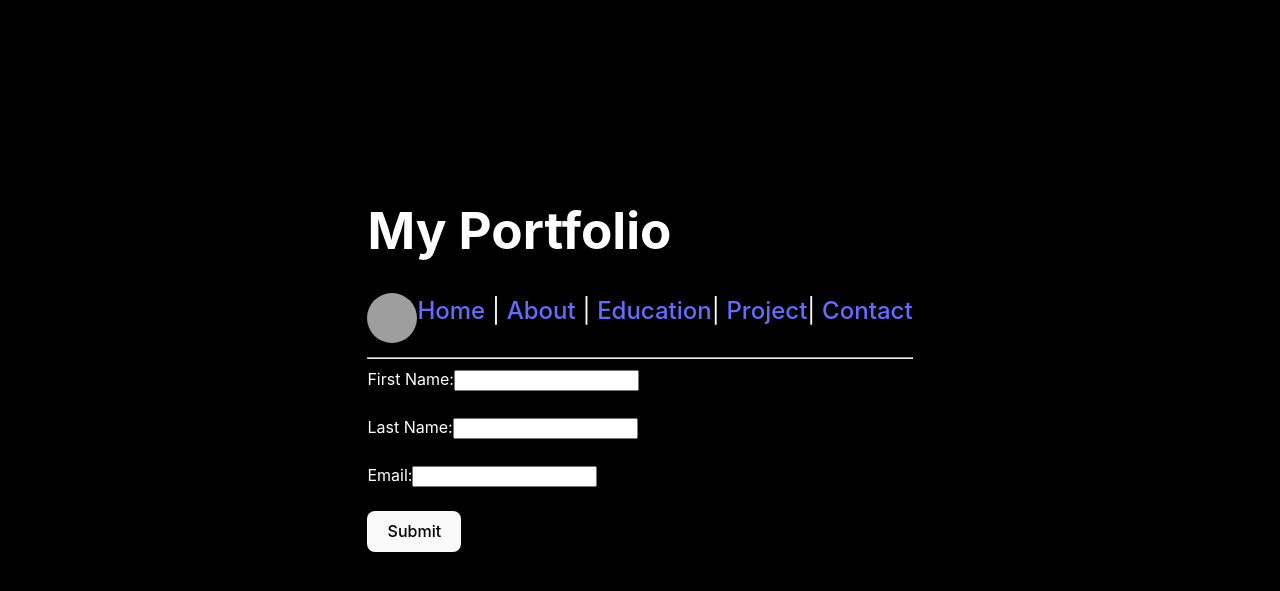
Repository: aislandmin/Personal-Portfolio-Express-MongoDB
Page: /project (app in client/)
An editor plug-in stored every save of this project. The page is shown before and after the next save, followed by the edit.
The browser window is 1280 px wide. The pictures show the whole page.
Pictures or frames that could not be fetched are drawn as grey boxes. The project was rebuilt for these pictures with package versions that can differ from the ones it lists, and the page was loaded fresh each time. Also part of the build but not shown: client/vite.config.js, client/components/Home.jsx, client/src/about.css, client/src/about.jsx, client/contact/api-contact.js, client/src/contact.jsx, client/qualification/api-qualification.js, client/src/education.jsx.

Above is the page before, as saved 2024-10-12 00:44:22.

After the next save:
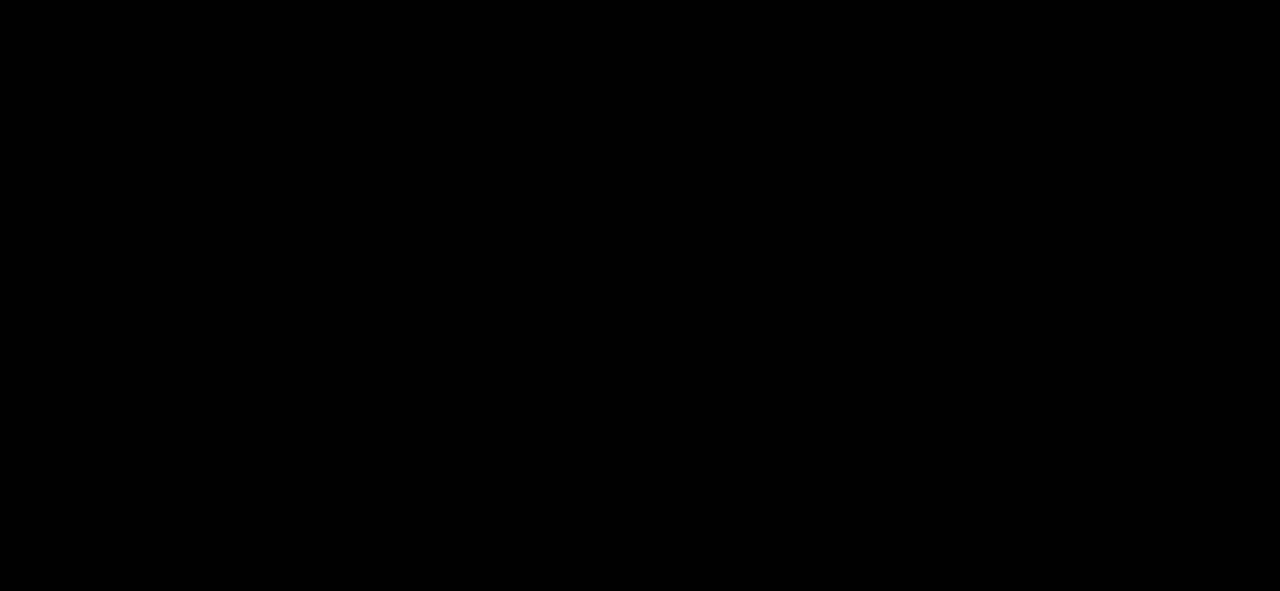
Console error: ReferenceError: description is not defined
Saved 5 s later.
--- a/client/src/project.jsx
+++ b/client/src/project.jsx
@@ -76,7 +76,7 @@
         lastname: "",
         email: "",
         completion:"",
-
+        description
         //error: "",
         //redirectToReferrer: false,
       });

After the save that followed:
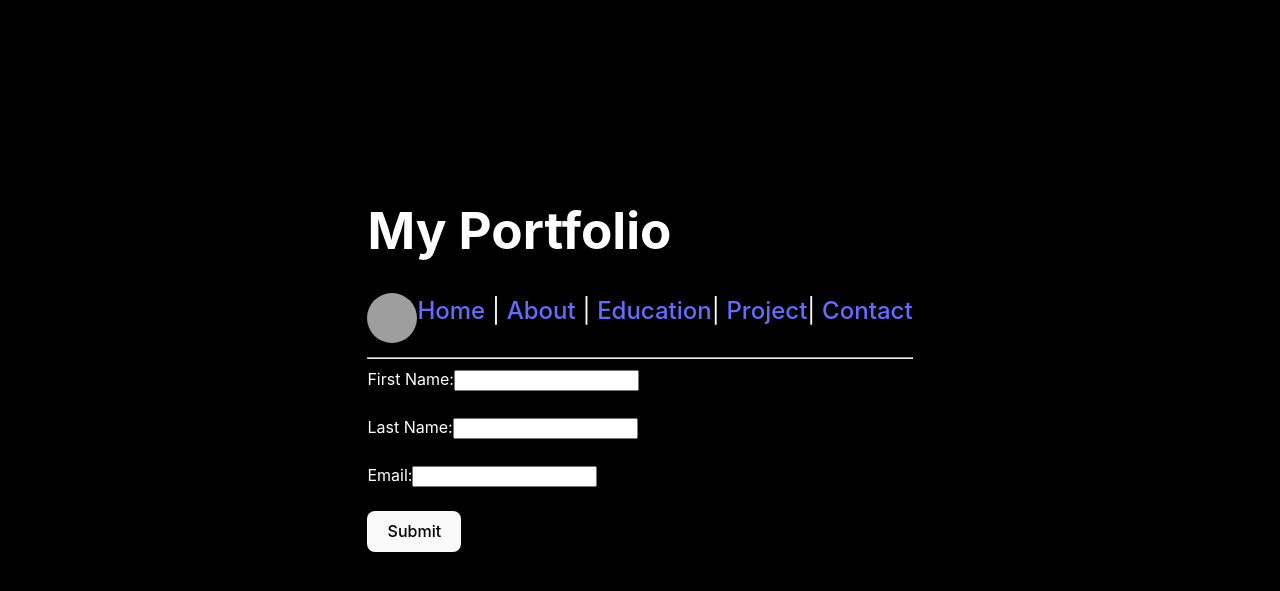
The error is gone.
Saved 4 s later.
--- a/client/src/project.jsx
+++ b/client/src/project.jsx
@@ -76,7 +76,7 @@
         lastname: "",
         email: "",
         completion:"",
-        description
+        description:""
         //error: "",
         //redirectToReferrer: false,
       });
